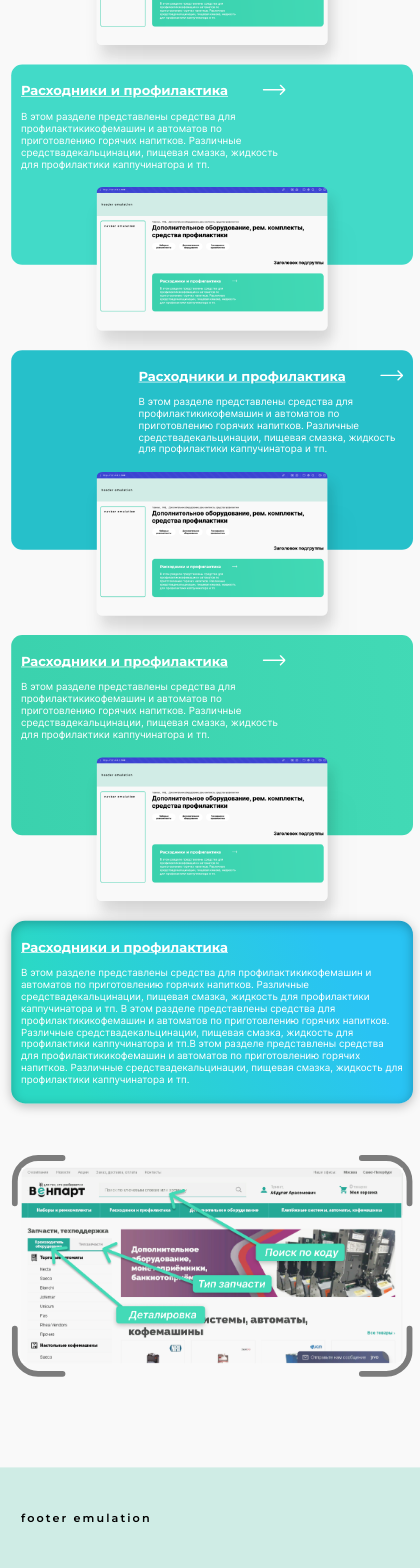
Repository: axonde/venpart-faq-pages
Page: index.html
These files come from the project's save history. The page is drawn as it stood at one moment and after the next save; the edit follows.
The browser window is 600 px wide. The pictures show the part of the page from y = 966 to 3206 px (the page is 3206 px tall before and 3070 px after), at 70% of full size.

Above is the page before, as saved 2024-02-28 20:35:45.

After the next save:
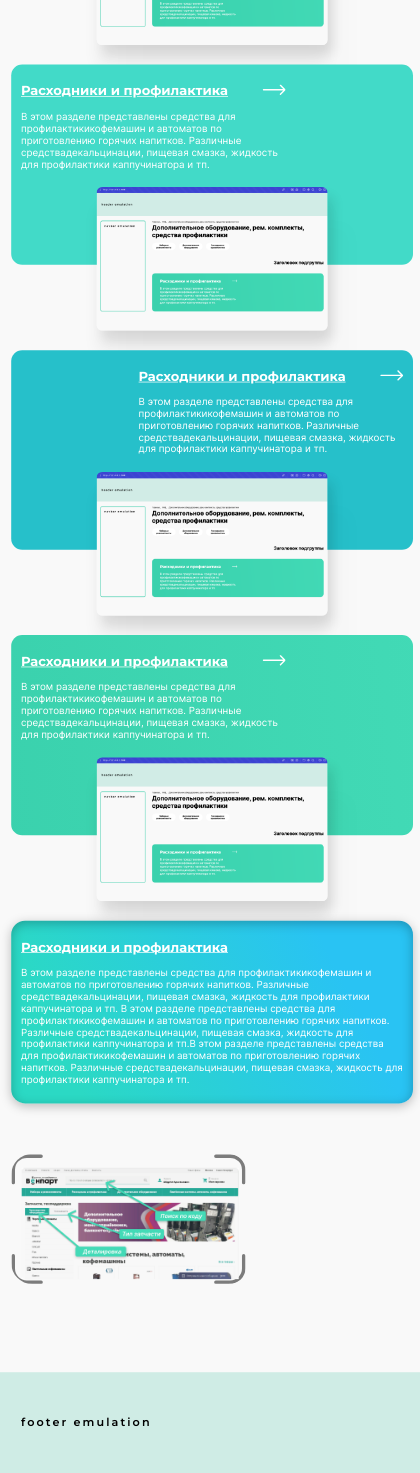
Saved 75 s later.
--- a/style.css
+++ b/style.css
@@ -706,7 +706,13 @@ scrollbar-width: none; /* Firefox */}
 	.faq__item.no-photo .faq__item--text-wrapper {margin-bottom: 0;}
 	.faq__item--image, .faq__item:nth-child(2n) .faq__item--image {top: calc(100% - 85px); left: calc(50% - 165px);}
 	.faq__item::after {display: none;}
-	.faq__image {padding: 20px 15px; background-image: url('decorations/faq-photo-deco.svg'); background-size: contain; background-repeat: no-repeat; box-shadow: none;}
+	.faq__image {
+		padding: 20px 15px;
+		background-image: url('decorations/faq-photo-deco.svg');
+		background-size: contain;
+		background-repeat: no-repeat; box-shadow: none; width: 340px;
+		height: 186px;}
+	.faq__image img {object-fit: contain;}
 }
 
 
